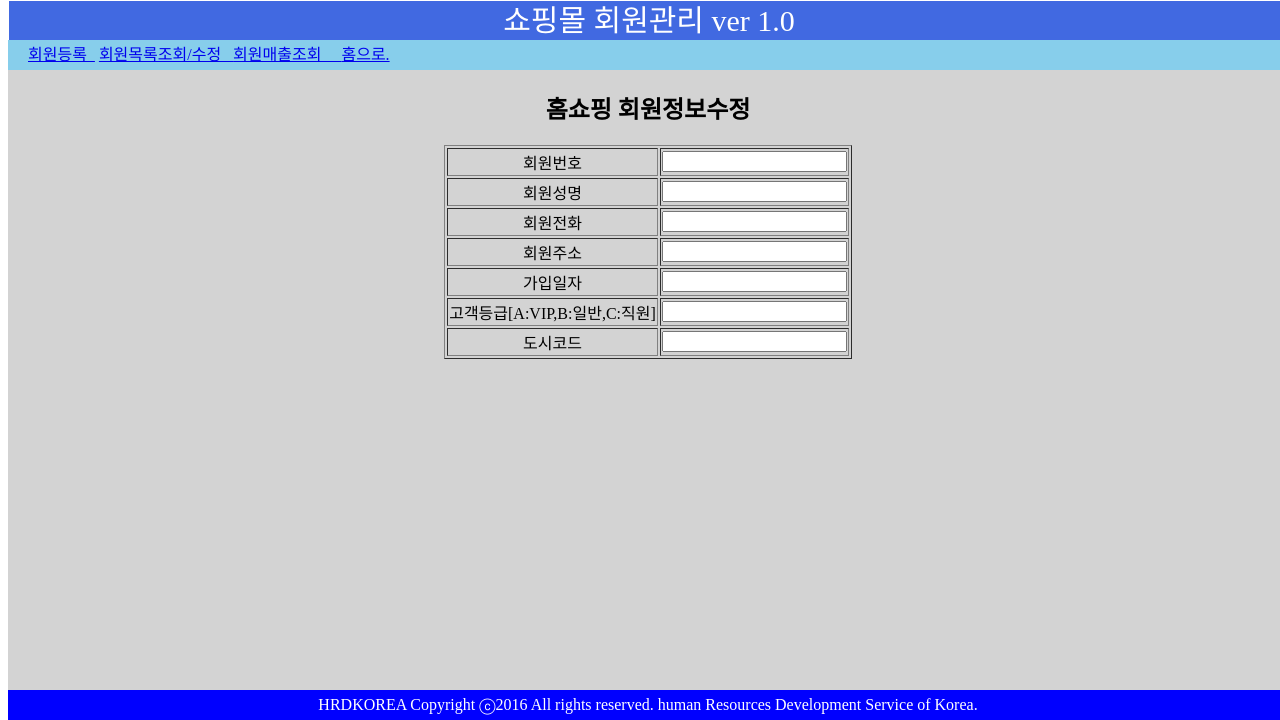
Repository: GotChun/license_practice
Page: http://localhost/HRD_8155/modify.jsp
The author's editor kept a copy of each file at every save. The page is drawn from the files as they stood at one save, then again after the next save.
The browser window is 1280 px wide. The pictures show the whole page.
The page is served by Tomcat 9.

Above is the page before, as saved 2025-02-20 11:33:07.

After the next save:
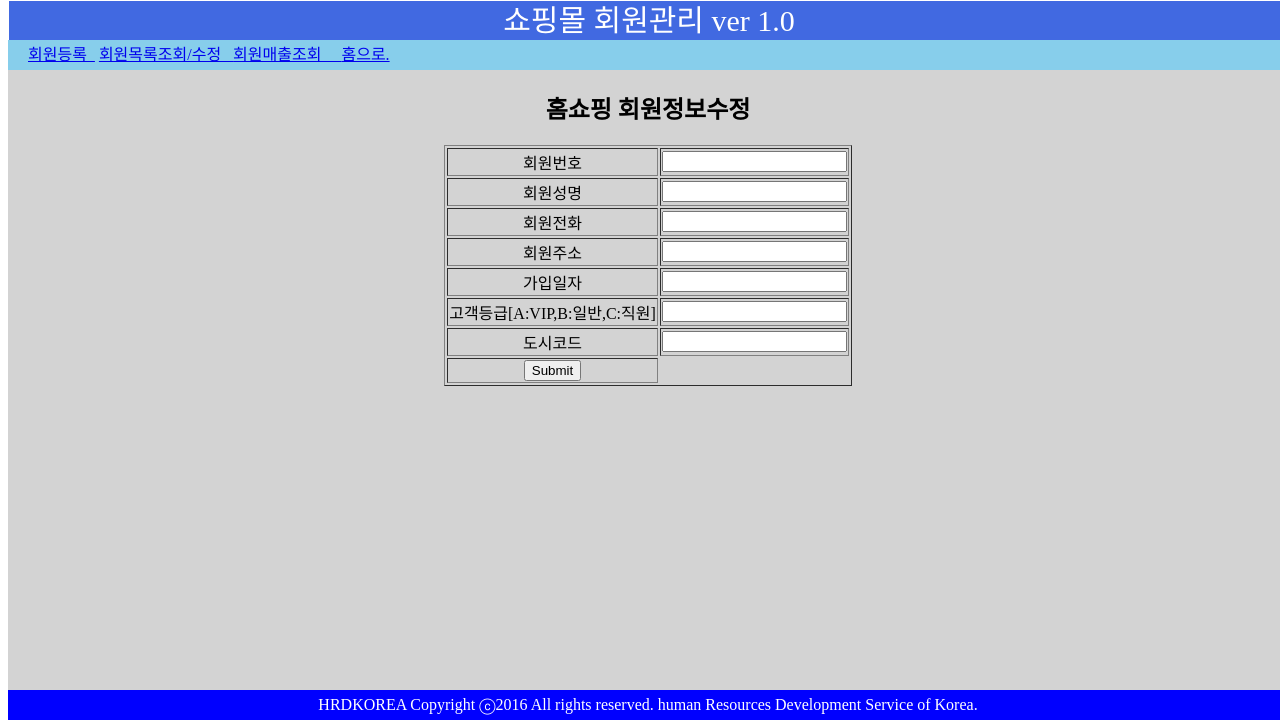
Saved 16 s later.
--- a/HRD_8155/src/main/webapp/modify.jsp
+++ b/HRD_8155/src/main/webapp/modify.jsp
@@ -42,6 +42,9 @@
 					<td>도시코드</td>
 					<td><input type="text" name="custno"></td>
 				</tr>
+				<tr>
+					<td><input type="submit" name="custno"></td>
+				</tr>
 			</table>
 			</form>
 
